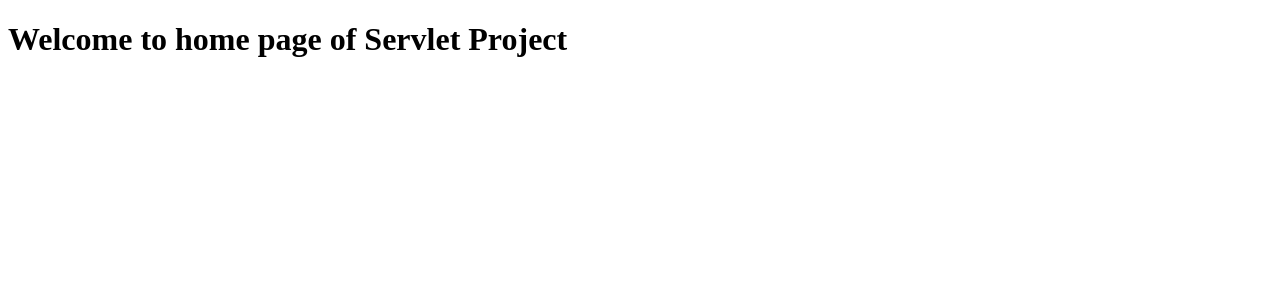
Repository: ShaileshMishr/Javanew
Page: http://localhost/web-app/
An editor plug-in stored every save of this project. The page is shown before and after the next save, followed by the edit.
The browser window is 1280 px wide. The pictures show the whole page.
The page is served by Tomcat 9. Other server files are loaded and not shown.

Above is the page before, as saved 2023-10-09 22:25:19.

### web-app/src/main/webapp/index.jsp
<%@ page language="java" contentType="text/html; charset=ISO-8859-1"
    pageEncoding="ISO-8859-1"%>
<!DOCTYPE html>
<html>
<head>
<meta charset="ISO-8859-1">
<title>Insert title here</title>
</head>
<body>
<h1>Welcome to home page of Servlet Project</h1>
</body>
</html>

After the next save:
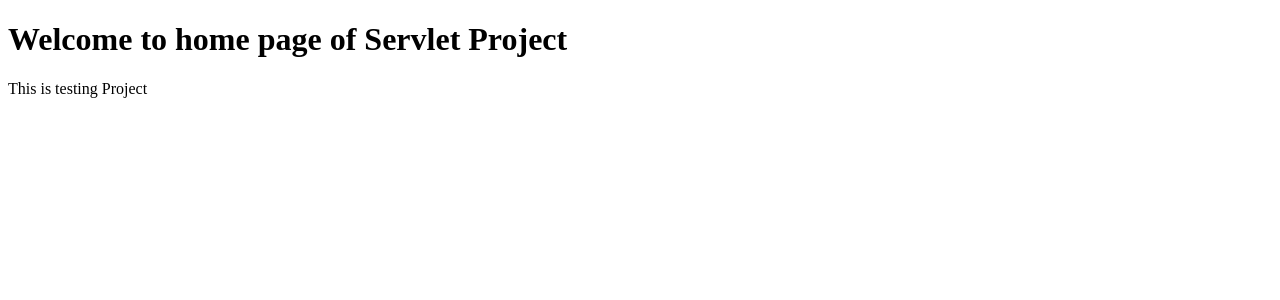
Saved 3 min 3 s later.
--- a/web-app/src/main/webapp/index.jsp
+++ b/web-app/src/main/webapp/index.jsp
@@ -4,9 +4,10 @@
 <html>
 <head>
 <meta charset="ISO-8859-1">
-<title>Insert title here</title>
+<title>Main Page</title>
 </head>
 <body>
 <h1>Welcome to home page of Servlet Project</h1>
+<p>This is testing Project</p>
 </body>
 </html>
